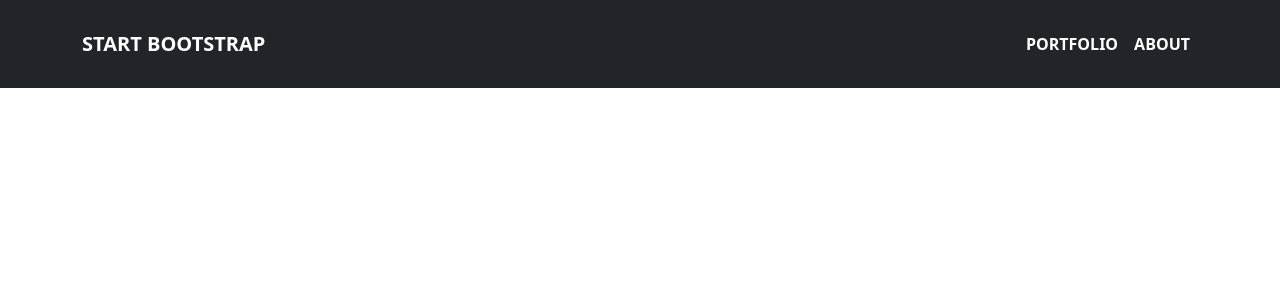
Repository: 7JaxeN7/WT-1255P-Mehmet_BEZC-
Page: index.html
The author's editor kept a copy of each file at every save. The page is drawn from the files as they stood at one save, then again after the next save.
The browser window is 1280 px wide. The pictures show the whole page.

Above is the page before, as saved 2025-01-06 18:48:19.

### index.html
<!DOCTYPE html>
<html lang="tr">

<head>
  <meta charset="UTF-8">
  <meta name="viewport" content="width=device-width, initial-scale=1.0">
  <link href="https://cdn.jsdelivr.net/npm/bootstrap@5.3.3/dist/css/bootstrap.min.css" rel="stylesheet"
    integrity="sha384-QWTKZyjpPEjISv5WaRU9OFeRpok6YctnYmDr5pNlyT2bRjXh0JMhjY6hW+ALEwIH" crossorigin="anonymous">
  <title>Start Bootstrap</title>
</head>

<body>
  <header>
    <nav class="navbar navbar-expand-lg bg-dark">
      <!-- Burada ne yaparsam yapayım navbar-bg olarak yaptığımda style.css tanımlayarak istenilen renk olmadı. Bu şekilde geçici çözüm buldum. Deneyeibilirsiniz, olmuyor... -->
      <div class="container pt-3 pb-3">
        <a class="navbar-brand text-white fw-bolder" href="#">START BOOTSTRAP</a>
        <button class="navbar-toggler" type="button" data-bs-toggle="collapse" data-bs-target="#navbarNav"
          aria-controls="navbarNav" aria-expanded="false" aria-label="Toggle navigation">
          <span class="navbar-toggler-icon"></span>
        </button>
        <div class="collapse navbar-collapse" id="navbarNav">
          <ul class="navbar-nav ms-auto">
            <li class="nav-item">
              <a class="nav-link text-white fw-bolder" href="#">PORTFOLIO</a>
            </li>
            <li class="nav-item">
              <a class="nav-link text-white fw-bolder" href="#">ABOUT</a>
            </li>
          </ul>
        </div>
      </div>
    </nav>
  </header>
  <!-- Burası bootstrap script kısmı -->
  <script src="https://cdn.jsdelivr.net/npm/bootstrap@5.3.3/dist/js/bootstrap.bundle.min.js"
    integrity="sha384-YvpcrYf0tY3lHB60NNkmXc5s9fDVZLESaAA55NDzOxhy9GkcIdslK1eN7N6jIeHz"
    crossorigin="anonymous"></script>
</body>

</html>

After the next save:
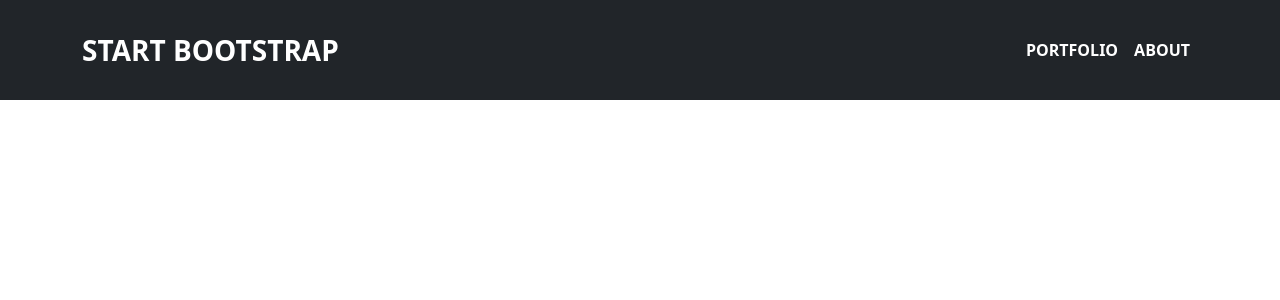
Saved 101 s later.
--- a/index.html
+++ b/index.html
@@ -14,7 +14,7 @@
     <nav class="navbar navbar-expand-lg bg-dark">
       <!-- Burada ne yaparsam yapayım navbar-bg olarak yaptığımda style.css tanımlayarak istenilen renk olmadı. Bu şekilde geçici çözüm buldum. Deneyeibilirsiniz, olmuyor... -->
       <div class="container pt-3 pb-3">
-        <a class="navbar-brand text-white fw-bolder" href="#">START BOOTSTRAP</a>
+        <a class="navbar-brand text-white fw-bolder fs-3" href="#">START BOOTSTRAP</a>
         <button class="navbar-toggler" type="button" data-bs-toggle="collapse" data-bs-target="#navbarNav"
           aria-controls="navbarNav" aria-expanded="false" aria-label="Toggle navigation">
           <span class="navbar-toggler-icon"></span>
